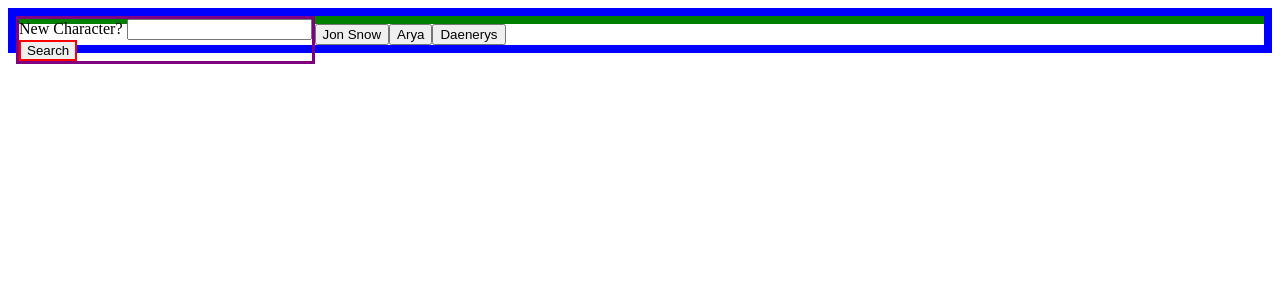
Repository: dsaftler/GifTastic
Page: index.html
The author's editor kept a copy of each file at every save. The page is drawn from the files as they stood at one save, then again after the next save.
The browser window is 1280 px wide. The pictures show the whole page.
Some web libraries are served in a nearby version.

Above is the page before, as saved 2019-04-20 01:04:10.

### index.html
<!DOCTYPE html>
<html lang="en">
<head>
    <!-- meta tags -->
    <meta http-equiv="content-type" content="text/html; charset=utf-8">
    <meta name="viewport" content="width=device-width, initial-scale=1.0">
    <!-- bootstrap -->

    <!-- custom css -->
    <link rel="stylesheet" href="assets/CSS/style.css" type="text/css">

  <title>GOT Giffy?</title>
</head>
<body>
<div class="container">
  <div class="btnsDiv">
  <div class="getTopic">

    <form role="form">

      <!-- Here we create the text box for capturing the search term-->
      <div class="form-group">
        <label for="search">New Character? </label>
        <input type="text" class="form-control" id="search-term">
      </div>

      <!-- Here we capture the number of records that the user wants to retrieve  -->
      <!-- <div class="form-group">
        <label for="pwd">Number of Imagess to Retrieve:</label>
        <select id="article-count" class="custom-select" aria-labelledby="dropdownMenuButton">
          <option selected value="1">1</option>
          <!-- Setting the option for 5 as default -->
          <!-- <option value="5" selected>5</option>
          <option value="10">10</option>
        </select>
      </div> -->


      <!-- Here we have our final submit button -->
      <button type="submit" class="btn btn-default" id="run-search">
        <i class="fa fa-search"></i> Search</button>

    </form>




  </div>
  <div class="showGifs">

  </div>

  </div>

</div>
<!-- <iframe src="https://giphy.com/embed/26FmPX0RBmzdY2HmM" width="480" height="239" frameBorder="0" class="giphy-embed"
  allowFullScreen></iframe>
<p><a href="https://giphy.com/gifs/gameofthrones-game-of-thrones-hbo-26FmPX0RBmzdY2HmM">via GIPHY</a></p> -->
<!-- bootstrap scripts -->
 <script src="https://cdnjs.cloudflare.com/ajax/libs/jquery/3.2.1/jquery.min.js"></script>
<script src="https://cdnjs.cloudflare.com/ajax/libs/popper.js/1.14.7/umd/popper.min.js"
  integrity="sha384-UO2eT0CpHqdSJQ6hJty5KVphtPhzWj9WO1clHTMGa3JDZwrnQq4sF86dIHNDz0W1" crossorigin="anonymous"></script>
<script src="https://stackpath.bootstrapcdn.com/bootstrap/4.3.1/js/bootstrap.min.js"
  integrity="sha384-JjSmVgyd0p3pXB1rRibZUAYoIIy6OrQ6VrjIEaFf/nJGzIxFDsf4x0xIM+B07jRM" crossorigin="anonymous"></script>
<script src="assets/Javascript/app.js"></script>

</body>
</html>

### assets/CSS/style.css
body {
  background-image: "assets/images/ezgif.com-resize.webp"
}
.btn {
  border: 2px solid  red;
}
.btnsDiv{
  border: 8px solid blue;
}
.getTopic{
  float: left;
  border: 3px solid purple;
}

.showGifs{
  border: 4px solid green;
}

### assets/Javascript/app.js
// var topics=["Jon Snow","Sansa","Cersei","Arya","Daenerys","Jaime","Catelyn"];
var topics = ["Jon Snow",  "Arya", "Daenerys"];
var topic, newBtn, i, btnId
//$("button").on("click", getGif());
$('.getTopic').hide()
$(function () {
  createButtons();
//$(".getTopic").hide();

});

function createButtons() {
  for (let i=0; i<topics.length; i++) {
    topic=topics[i]
    // btnId ='topicbtn_' + i
    var newBtn = $('<button>' + topic + '</button>')
        .addClass('imgBtn')
        .attr("id",'topicbtn_' + i)
        .attr('onclick', 'getGif(this.textContent);')
       $(".btnsDiv").append(newBtn);
    };
    $('.getTopic').show();
  }
      // .attr('onclick', 'getGif(this.textContent);')
//$('.btn').on('click', function() {
function getGif(myTopic){

  //alert("clicked "+myTopic );
  var queryURL = "http://api.giphy.com/v1/gifs/search?q=" +
    myTopic + "&api_key=cQ6v8TyEzI3FgHn04lpj1mdBt9i4u5n8&limit=10";
  $.ajax({
    url: queryURL,
    method: "GET"
  })
    .then(function (response) {
      // Storing an array of results in the results variable
      var results = response.data;
    console.log(results);
      showGifs(results)
  });
};
function showGifs(imgSet){

  //console.log(imgSet);
  $(".showGifs").empty();
  for (var i = 0; i < imgSet.length; i++) {

    // Creating and storing a div tag

    // Creating a paragraph tag with the result item's rating
    // var $info = $("<p class='info'>")
    // var infoText="Rating: " + imgSet[i].rating +'</br>';
    //     //infoText=infoText+
    // $('.info').text(infoText);
    // Creating and storing an image tag
    var  newGif= $('<img />',{
        src:imgSet[i].images.fixed_height_still.url,
        "data-still": imgSet[i].images.fixed_height_still.url,
        "data-animate": imgSet[i].images.fixed_height.url,
        "data-state":"still",
        class: 'gif'});
     newGif.attr('onclick', 'changeState();');

    console.log(newGif);

    // Setting the src attribute of the image to a property pulled off the result item

      // !the rating should be UNDER the gif


    // Appending the paragraph and image tag to the animalDiv

    $(".showGifs").append(newGif);
    // $(".showGifs").append(p);
  }
  // $('.gif').click(changeState());
  };
  // $(".gif").on("click", function() {
function changeState() {
  // The attr jQuery method allows us to get or set the value of any attribute on our HTML element
    console.log(this);
    var state = $(this).attr("data-state");
    //console.log(state);
  // If the clicked image's state is still, update its src attribute to what its data-animate value is.
  // Then, set the image's data-state to animate
  // Else set src to the data-still value
    if (state === "still") {
     $(this).attr("src", $(this).attr("data-animate"));
     $(this).attr("data-state", "animate");
    } else {
     $(this).attr("src", $(this).attr("data-still"));
     $(this).attr("data-state", "still");
   }
  };
  // });
//https://media3.giphy.com/media/U3CfsSrd9CbCP95h4d/200_s.gif

  //TODO add the form for input and add button

After the next save:
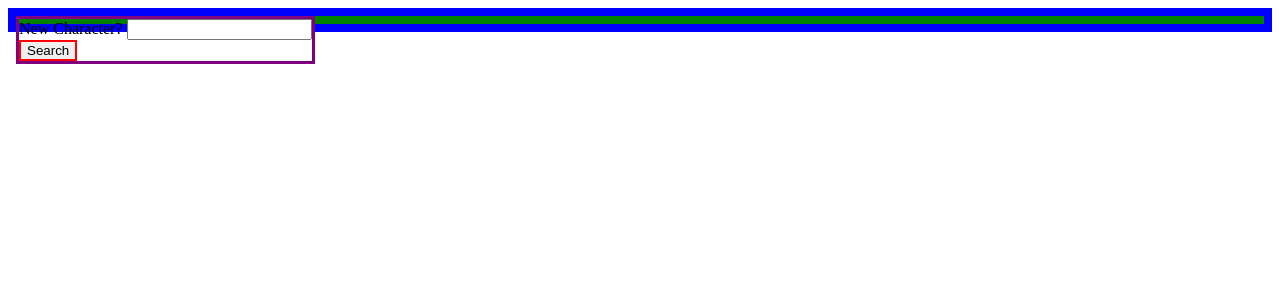
Console error: SyntaxError: Unexpected token ';'
Saved 4 min 34 s later.
--- a/assets/Javascript/app.js
+++ b/assets/Javascript/app.js
@@ -58,8 +58,9 @@
         "data-still": imgSet[i].images.fixed_height_still.url,
         "data-animate": imgSet[i].images.fixed_height.url,
         "data-state":"still",
+        id:'image_'+[i];
         class: 'gif'});
-     newGif.attr('onclick', 'changeState();');
+     newGif.attr('onclick', 'changeState($this.id);');
 
     console.log(newGif);
 

After the save that followed:
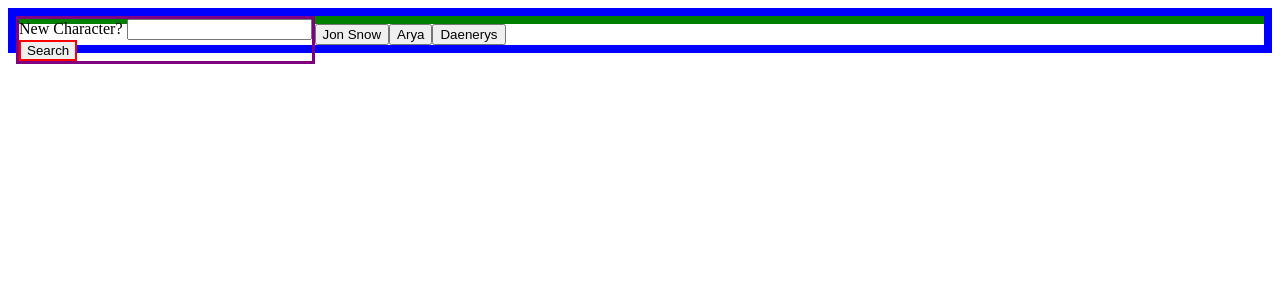
The error is gone.
Saved 100 s later.
--- a/assets/Javascript/app.js
+++ b/assets/Javascript/app.js
@@ -53,14 +53,15 @@
     //     //infoText=infoText+
     // $('.info').text(infoText);
     // Creating and storing an image tag
+    var imgId = 'image_' + [i]
     var  newGif= $('<img />',{
         src:imgSet[i].images.fixed_height_still.url,
         "data-still": imgSet[i].images.fixed_height_still.url,
         "data-animate": imgSet[i].images.fixed_height.url,
         "data-state":"still",
-        id:'image_'+[i];
+        id:imgId,
         class: 'gif'});
-     newGif.attr('onclick', 'changeState($this.id);');
+     newGif.attr('onclick', 'changeState(imgId);');
 
     console.log(newGif);
 
